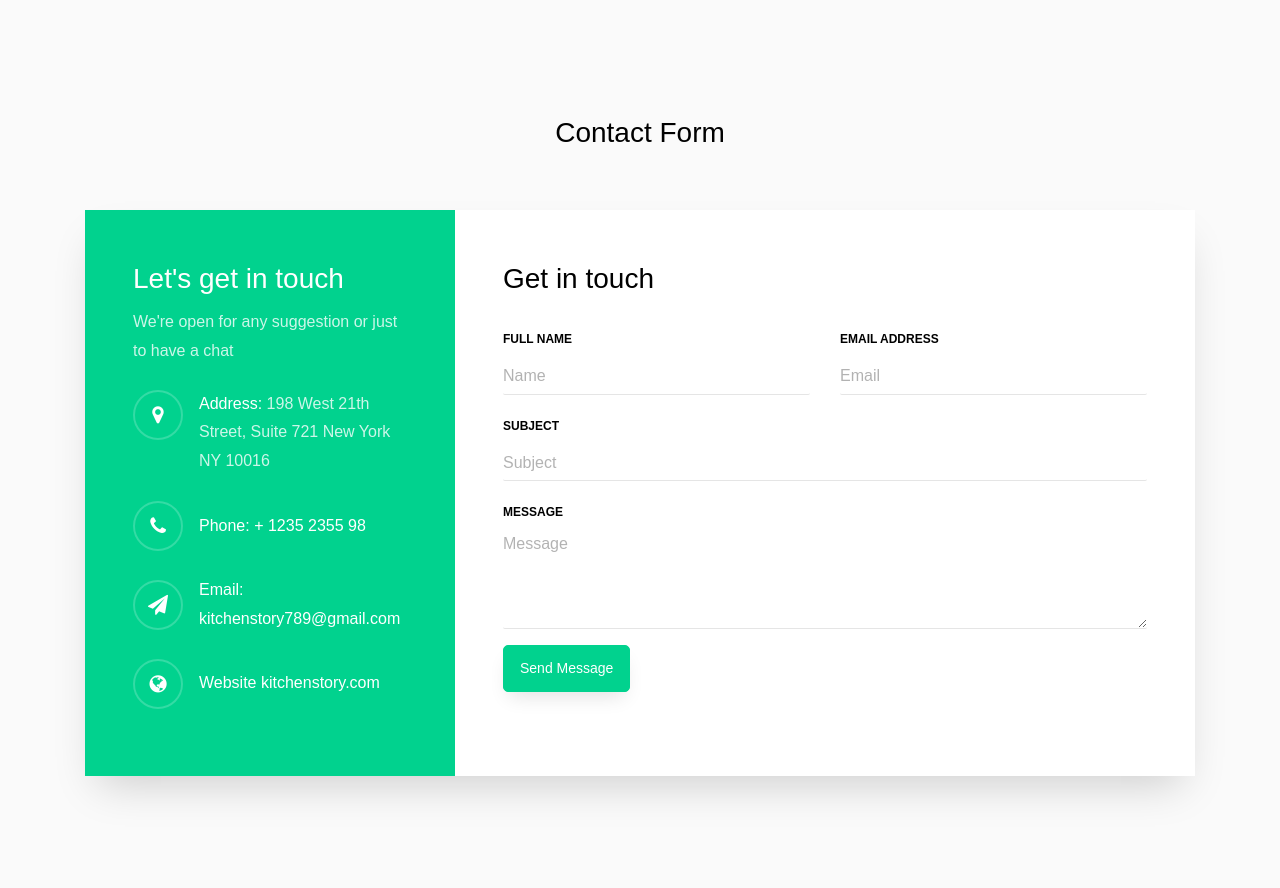
Repository: manishmachha/project-kitchenStory
Page: Phase 4 Kitchen Story/src/main/webapp/MessageUS/messageUs.html
The author's editor kept a copy of each file at every save. The page is drawn from the files as they stood at one save, then again after the next save.
The browser window is 1280 px wide. The pictures show the whole page.

Above is the page before, as saved 2022-03-08 07:01:29.

### Phase 4 Kitchen Story/src/main/webapp/MessageUS/messageUs.html
<!doctype html>
<html lang="en">

<head>
    <title>Contact Form 02</title>
    <meta charset="utf-8">
    <meta name="viewport" content="width=device-width, initial-scale=1, shrink-to-fit=no">

    <link href='https://fonts.googleapis.com/css?family=Roboto:400,100,300,700' rel='stylesheet' type='text/css'>

    <link rel="stylesheet" href="https://stackpath.bootstrapcdn.com/font-awesome/4.7.0/css/font-awesome.min.css">

    <link rel="stylesheet" href="css/style.css">

</head>

<body>
    <section class="ftco-section">
        <div class="container">
            <div class="row justify-content-center">
                <div class="col-md-6 text-center mb-5">
                    <h2 class="heading-section">Contact Form</h2>
                </div>
            </div>
            <div class="row justify-content-center">
                <div class="col-md-12">
                    <div class="wrapper">
                        <div class="row no-gutters">
                            <div class="col-lg-8 col-md-7 order-md-last d-flex align-items-stretch">
                                <div class="contact-wrap w-100 p-md-5 p-4">
                                    <h3 class="mb-4">Get in touch</h3>
                                    <div id="form-message-warning" class="mb-4"></div>
                                    <div id="form-message-success" class="mb-4">
                                        Your message was sent, thank you!
                                    </div>
                                    <form method="POST" id="contactForm" name="contactForm" class="contactForm">
                                        <div class="row">
                                            <div class="col-md-6">
                                                <div class="form-group">
                                                    <label class="label" for="name">Full Name</label>
                                                    <input type="text" class="form-control" name="name" id="name" placeholder="Name">
                                                </div>
                                            </div>
                                            <div class="col-md-6">
                                                <div class="form-group">
                                                    <label class="label" for="email">Email Address</label>
                                                    <input type="email" class="form-control" name="email" id="email" placeholder="Email">
                                                </div>
                                            </div>
                                            <div class="col-md-12">
                                                <div class="form-group">
                                                    <label class="label" for="subject">Subject</label>
                                                    <input type="text" class="form-control" name="subject" id="subject" placeholder="Subject">
                                                </div>
                                            </div>
                                            <div class="col-md-12">
                                                <div class="form-group">
                                                    <label class="label" for="#">Message</label>
                                                    <textarea name="message" class="form-control" id="message" cols="30" rows="4" placeholder="Message"></textarea>
                                                </div>
                                            </div>
                                            <div class="col-md-12">
                                                <div class="form-group">
                                                    <input type="submit" value="Send Message" class="btn btn-primary">
                                                    <div class="submitting"></div>
                                                </div>
                                            </div>
                                        </div>
                                    </form>
                                </div>
                            </div>
                            <div class="col-lg-4 col-md-5 d-flex align-items-stretch">
                                <div class="info-wrap bg-primary w-100 p-md-5 p-4">
                                    <h3>Let's get in touch</h3>
                                    <p class="mb-4">We're open for any suggestion or just to have a chat</p>
                                    <div class="dbox w-100 d-flex align-items-start">
                                        <div class="icon d-flex align-items-center justify-content-center">
                                            <span class="fa fa-map-marker"></span>
                                        </div>
                                        <div class="text pl-3">
                                            <p><span>Address:</span> 198 West 21th Street, Suite 721 New York NY 10016</p>
                                        </div>
                                    </div>
                                    <div class="dbox w-100 d-flex align-items-center">
                                        <div class="icon d-flex align-items-center justify-content-center">
                                            <span class="fa fa-phone"></span>
                                        </div>
                                        <div class="text pl-3">
                                            <p><span>Phone:</span> <a href="tel://1234567920">+ 1235 2355 98</a></p>
                                        </div>
                                    </div>
                                    <div class="dbox w-100 d-flex align-items-center">
                                        <div class="icon d-flex align-items-center justify-content-center">
                                            <span class="fa fa-paper-plane"></span>
                                        </div>
                                        <div class="text pl-3">
                                            <p><span>Email:</span> <a href="mailto:info@yoursite.com">kitchenstory789@gmail.com</a></p>
                                        </div>
                                    </div>
                                    <div class="dbox w-100 d-flex align-items-center">
                                        <div class="icon d-flex align-items-center justify-content-center">
                                            <span class="fa fa-globe"></span>
                                        </div>
                                        <div class="text pl-3">
                                            <p><span>Website</span> <a href="#">kitchenstory.com</a></p>
                                        </div>
                                    </div>
                                </div>
                            </div>
                        </div>
                    </div>
                </div>
            </div>
        </div>
    </section>

    <script src="js/jquery.min.js"></script>
    <script src="js/popper.js"></script>
    <script src="js/bootstrap.min.js"></script>
    <script src="js/jquery.validate.min.js"></script>
    <script src="js/main.js"></script>

</body>

</html>

Loaded but not shown: Phase 4 Kitchen Story/src/main/webapp/MessageUS/css/style.css (library); Phase 4 Kitchen Story/src/main/webapp/MessageUS/js/jquery.min.js (library); Phase 4 Kitchen Story/src/main/webapp/MessageUS/js/popper.js (library); Phase 4 Kitchen Story/src/main/webapp/MessageUS/js/bootstrap.min.js (library); Phase 4 Kitchen Story/src/main/webapp/MessageUS/js/jquery.validate.min.js (library); Phase 4 Kitchen Story/src/main/webapp/MessageUS/js/main.js (common file)

After the next save:
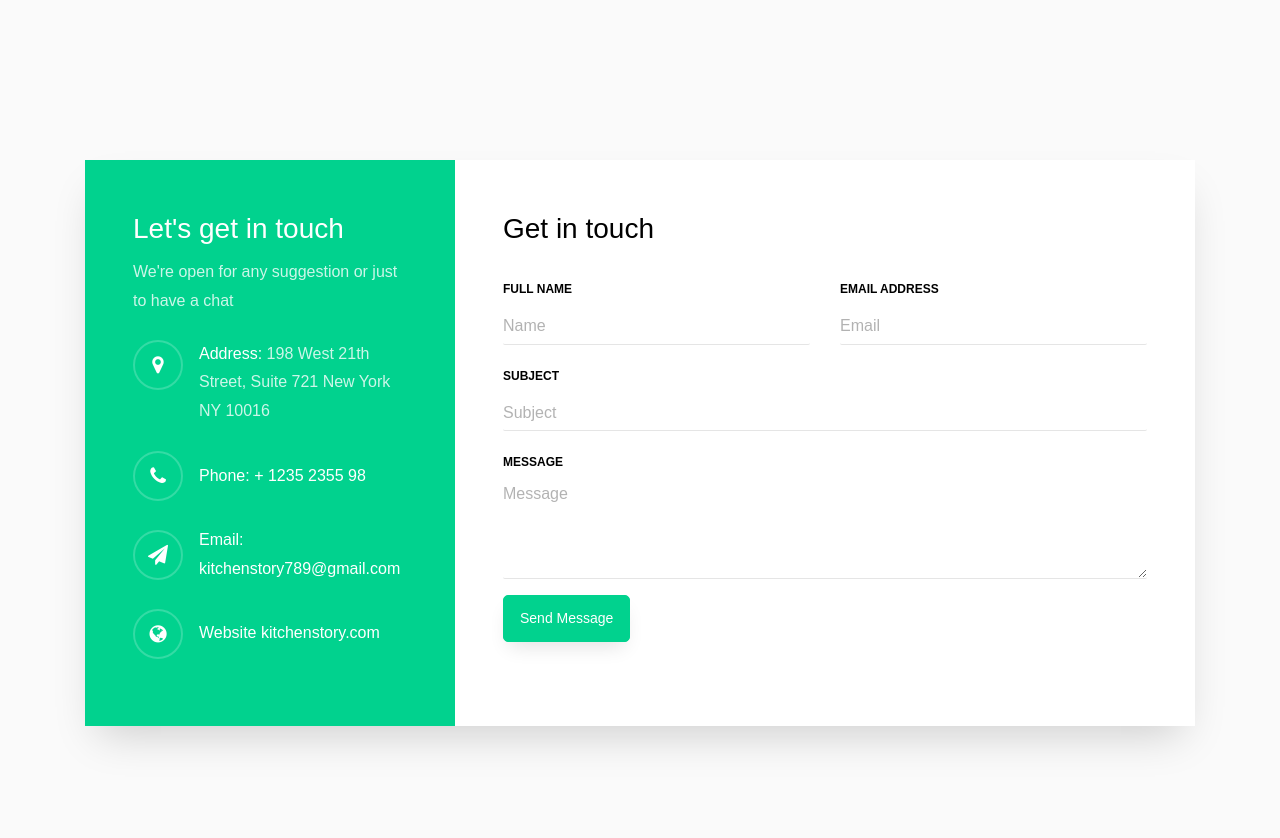
Saved 8 s later.
--- a/Phase 4 Kitchen Story/src/main/webapp/MessageUS/messageUs.html
+++ b/Phase 4 Kitchen Story/src/main/webapp/MessageUS/messageUs.html
@@ -19,7 +19,6 @@
         <div class="container">
             <div class="row justify-content-center">
                 <div class="col-md-6 text-center mb-5">
-                    <h2 class="heading-section">Contact Form</h2>
                 </div>
             </div>
             <div class="row justify-content-center">
